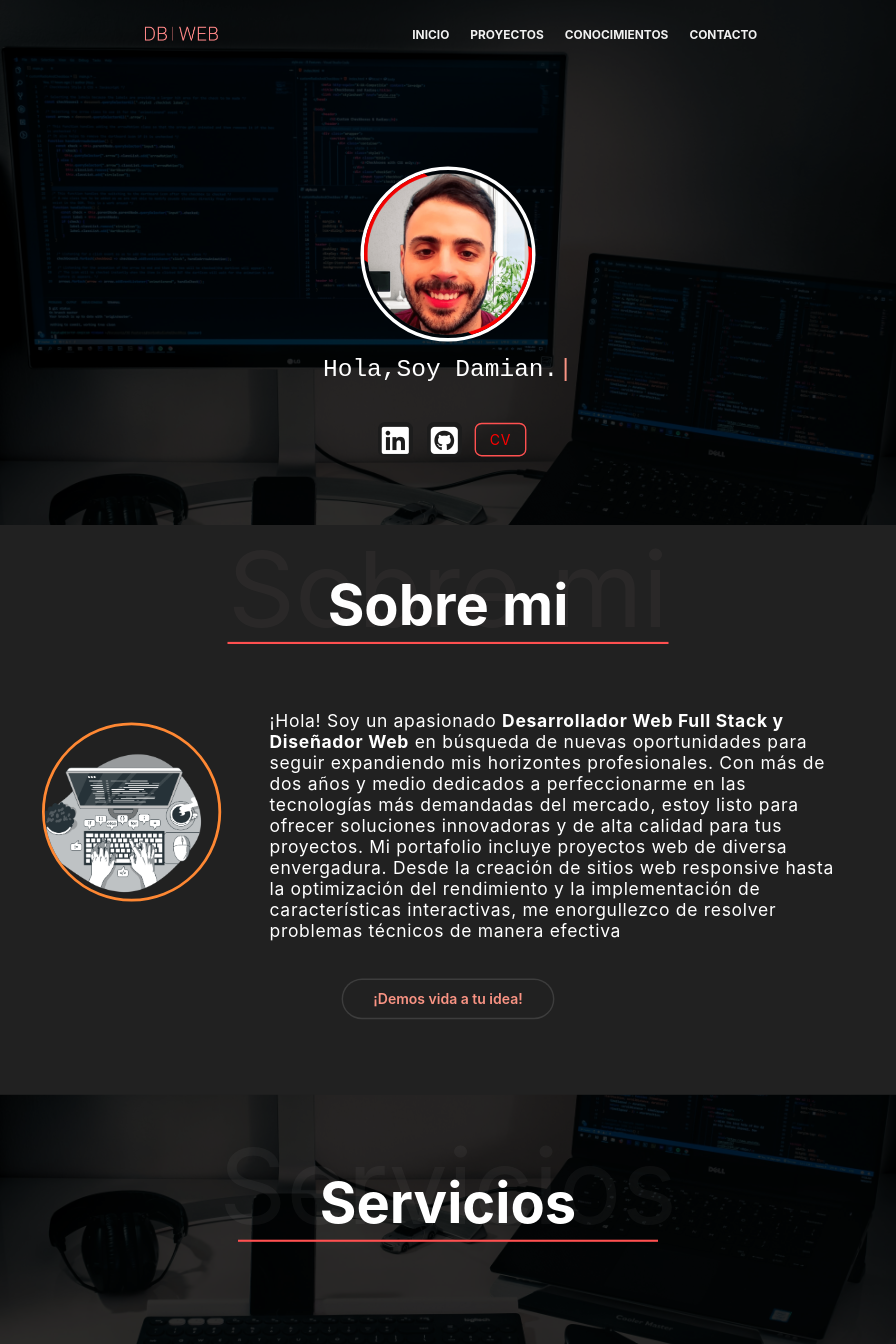
Repository: DamianBermudez94/DB-Porfolio
Page: /
The author's editor kept a copy of each file at every save. The page is drawn from the files as they stood at one save, then again after the next save.
The browser window is 1280 px wide. The pictures show the part of the page from y = 0 to 1920 px (the page is 6338 px tall before and 5411 px after), at 70% of full size.
Backgrounds fixed to the window are drawn as part of the page. Some web libraries are served in a nearby version. The project was rebuilt for these pictures with package versions that can differ from the ones it lists, and the page was loaded fresh each time. Also part of the build but not shown: vite.config.js, src/components/Conocimientos/styles.css, src/components/Conocimientos/Conocimientos.jsx, src/pages/AcerdaDe.jsx, src/components/Contacto/styles.css, src/components/Contacto/Contact.jsx, src/pages/contacto.jsx, src/data/trabajos.js and 4 more.

Above is the page before, as saved 2024-04-02 09:59:00.

After the next save:
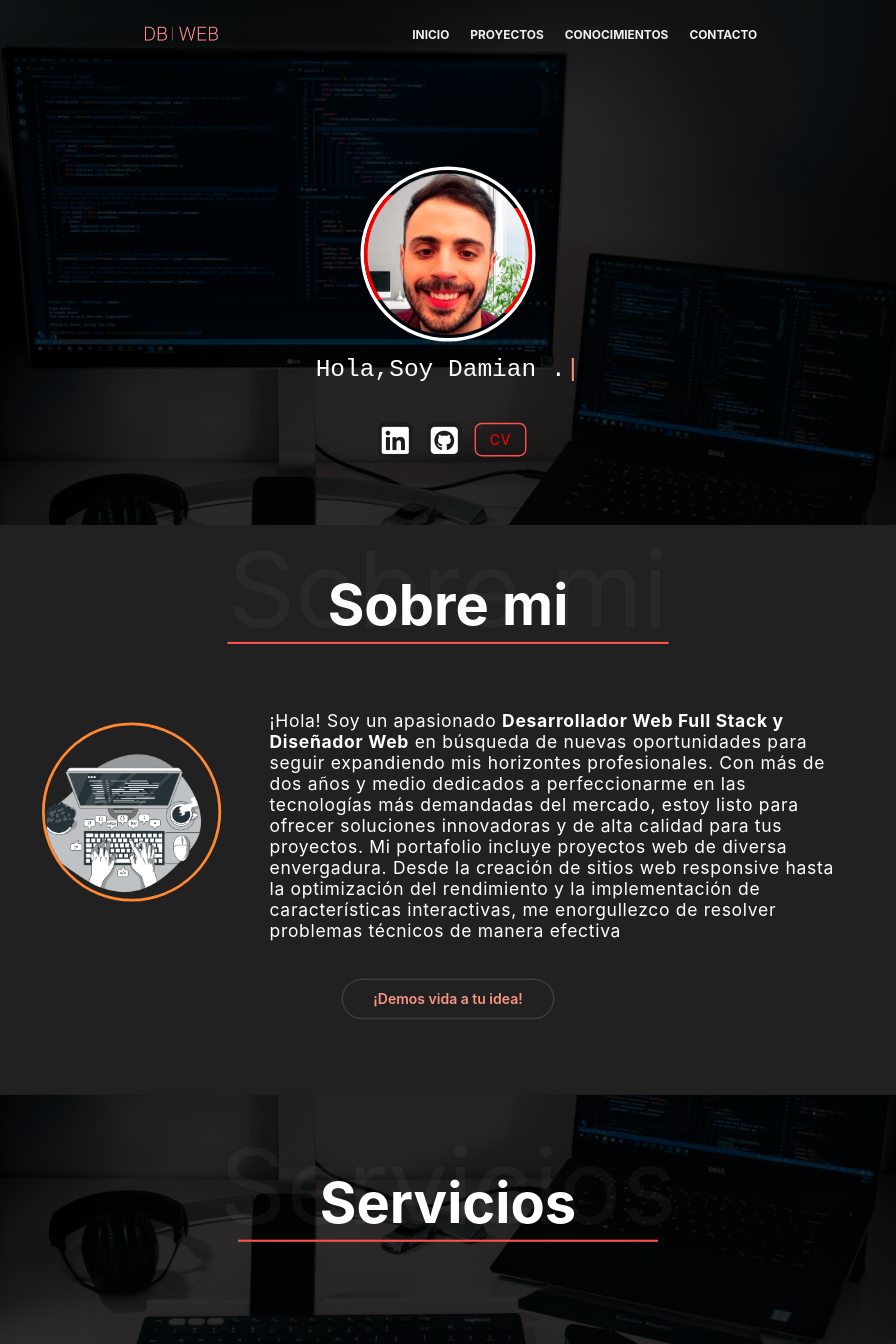
Saved 5 s later.
--- a/src/components/Servicios/styles.css
+++ b/src/components/Servicios/styles.css
@@ -72,7 +72,7 @@
   margin: 0 auto;
 }
 .card-details ul li p {
-font-size: 24px;
+font-size: 19px;
 }
 
 .card:hover {
